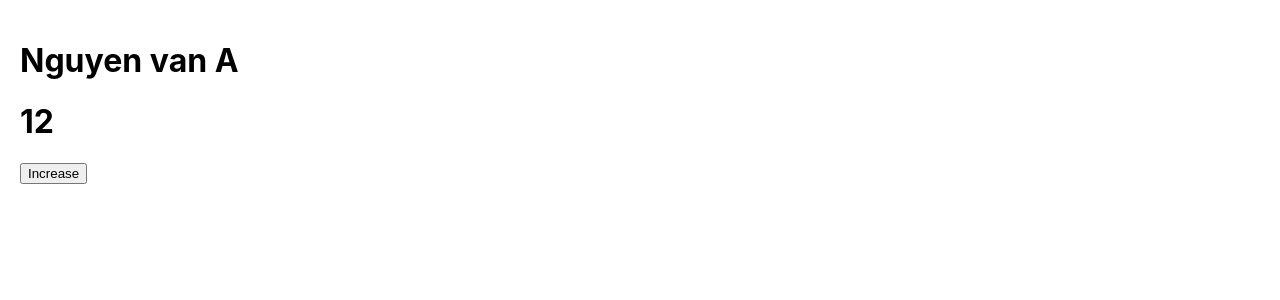
Repository: ducthanglinh/tiktok-clone
Page: /
These files come from the project's save history. The page is drawn as it stood at one moment and after a run of saves; the edit follows.
The browser window is 1280 px wide. The pictures show the whole page.
The project was rebuilt for these pictures with package versions that can differ from the ones it lists, and the page was loaded fresh each time.

Above is the page before, as saved 2022-09-23 18:50:11.

### src/App.js
import { useState } from "react";
function App() {
  const info = {
    name: "Nguyen van A",
    age: 12,
  };
  const [curInfo, setInfo] = useState(info);
  const handleIncrease = () => {
    setInfo({
      ...info,
      bio: "Yeu mau hong",
    });
    console.log(info);
  };
  return (
    <div className="App" style={{ padding: 20 }}>
      <h1>{info.name}</h1>
      <h1>{info.age}</h1>
      <button onClick={handleIncrease}>Increase</button>
    </div>
  );
}

export default App;

Loaded but not shown: public/index.html (common file); src/index.js (common file); src/index.css (common file); src/reportWebVitals.js (common file)

After the next 2 saves:
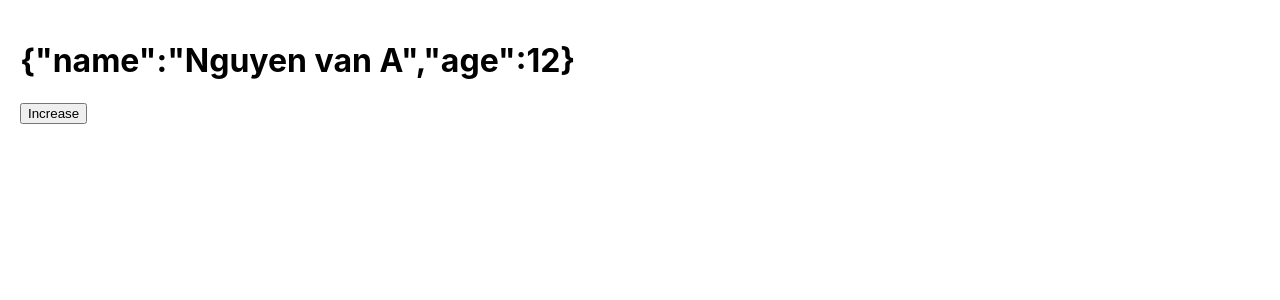
The 2 saves are shown as one change because 1 did not build or start.
The last was saved 91 s later.
--- a/src/App.js
+++ b/src/App.js
@@ -1,21 +1,16 @@
 import { useState } from "react";
 function App() {
-  const info = {
-    name: "Nguyen van A",
-    age: 12,
-  };
-  const [curInfo, setInfo] = useState(info);
+  const [curInfo, setInfo] = useState({ name: "Nguyen van A", age: 12 });
   const handleIncrease = () => {
     setInfo({
-      ...info,
+      ...curInfo,
       bio: "Yeu mau hong",
     });
     console.log(info);
   };
   return (
     <div className="App" style={{ padding: 20 }}>
-      <h1>{info.name}</h1>
-      <h1>{info.age}</h1>
+      <h1>{JSON.stringify(curInfo)}</h1>
       <button onClick={handleIncrease}>Increase</button>
     </div>
   );
